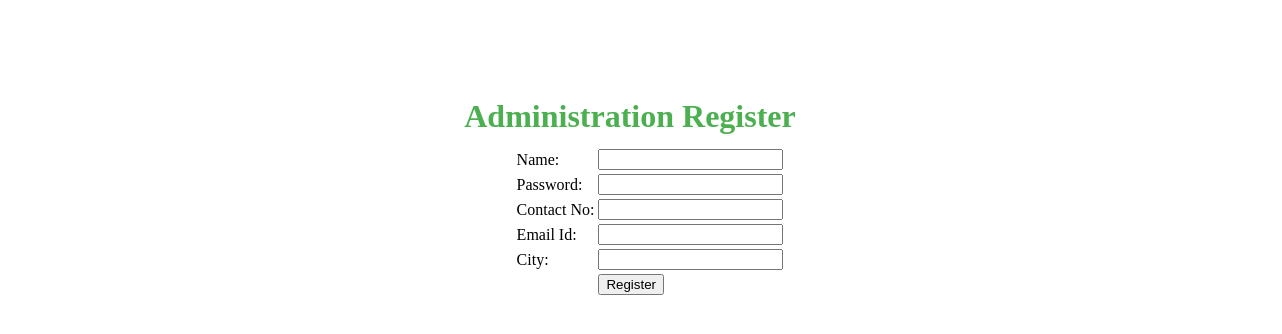
Repository: priyankagit8692/Phase_2_SimpliLearn-
Page: http://localhost/LearnerAcademyProject/AdminRegistration.jsp
The author's editor kept a copy of each file at every save. The page is drawn from the files as they stood at one save, then again after the next save.
The browser window is 1280 px wide. The page is 1282 px wide, then 1280 px, so the pictures cover 1282 px, including what lies to the right of the window. The pictures show the whole page.
The page is served by Tomcat 9.

Above is the page before, as saved 2021-03-20 15:45:41.

After the next save:
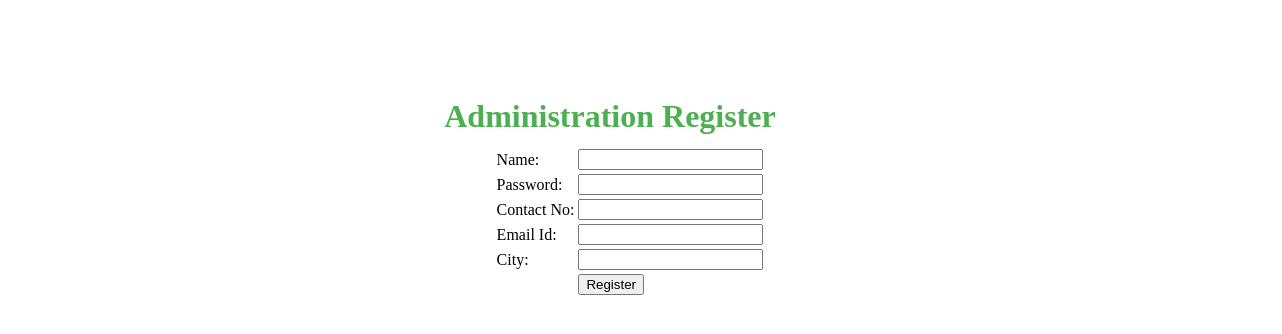
Saved 13 s later.
--- a/FinalProjectPhase2/LearnerAcademyProject/WebContent/AdminRegistration.jsp
+++ b/FinalProjectPhase2/LearnerAcademyProject/WebContent/AdminRegistration.jsp
@@ -6,7 +6,7 @@
 <title>Administration Register</title>
 <style type="text/css">
 div {
-  transform: translate(10px,80px);
+  transform: translate(-10px,80px);
 }
 h1{
   transform: translate(-20px,10px);
